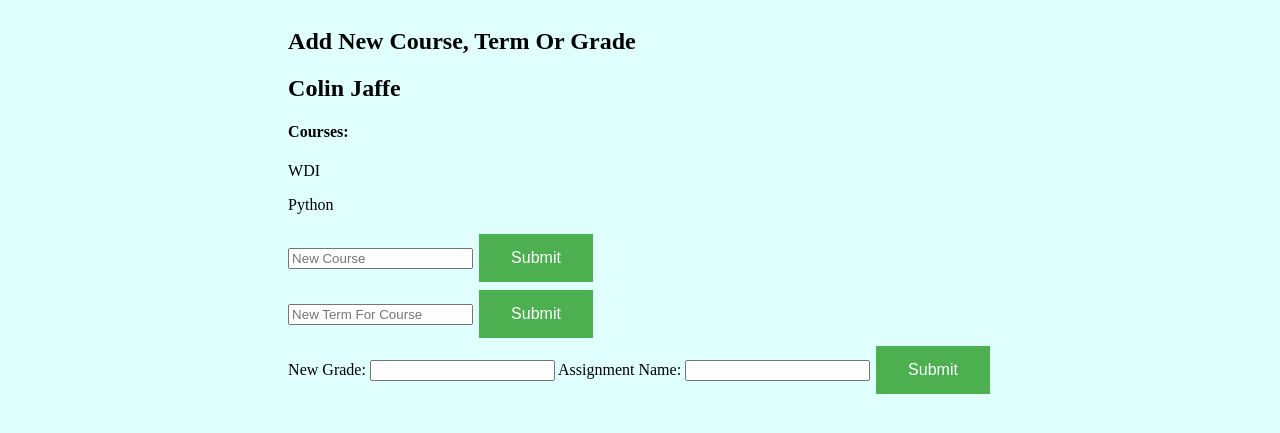
Repository: EdmontDantes/graderaide-ui
Page: add.html
These files come from the project's save history. The page is drawn as it stood at one moment and after the next save; the edit follows.
The browser window is 1280 px wide. The pictures show the whole page.

Above is the page before, as saved 2020-04-21 15:49:06.

After the next save:
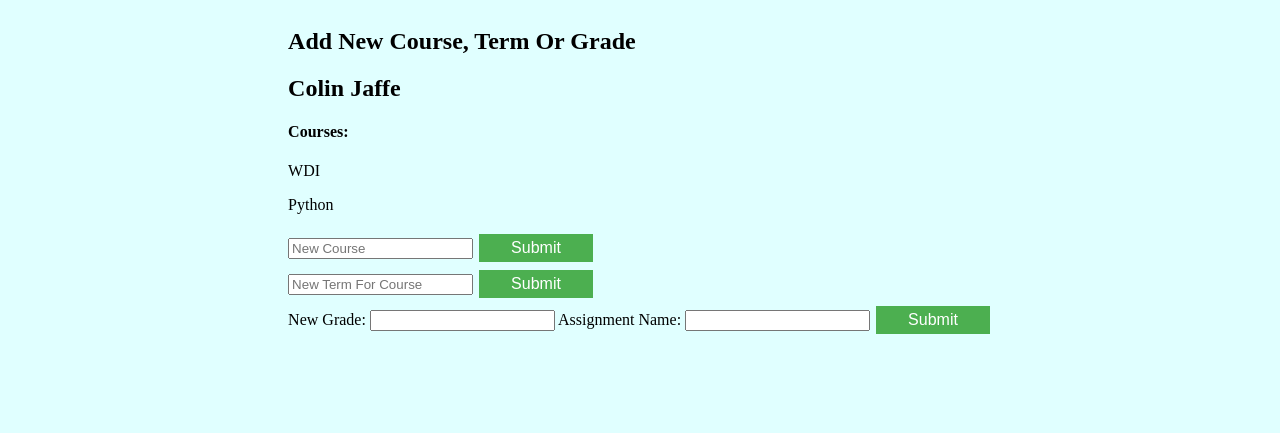
Saved 17 s later.
--- a/style-add.css
+++ b/style-add.css
@@ -11,7 +11,7 @@ button {
     background-color: #4CAF50; /* Green */
     border: none;
     color: white;
-    padding: 15px 32px;
+    padding: 5px 32px;
     text-align: center;
     text-decoration: none;
     display: inline-block;
